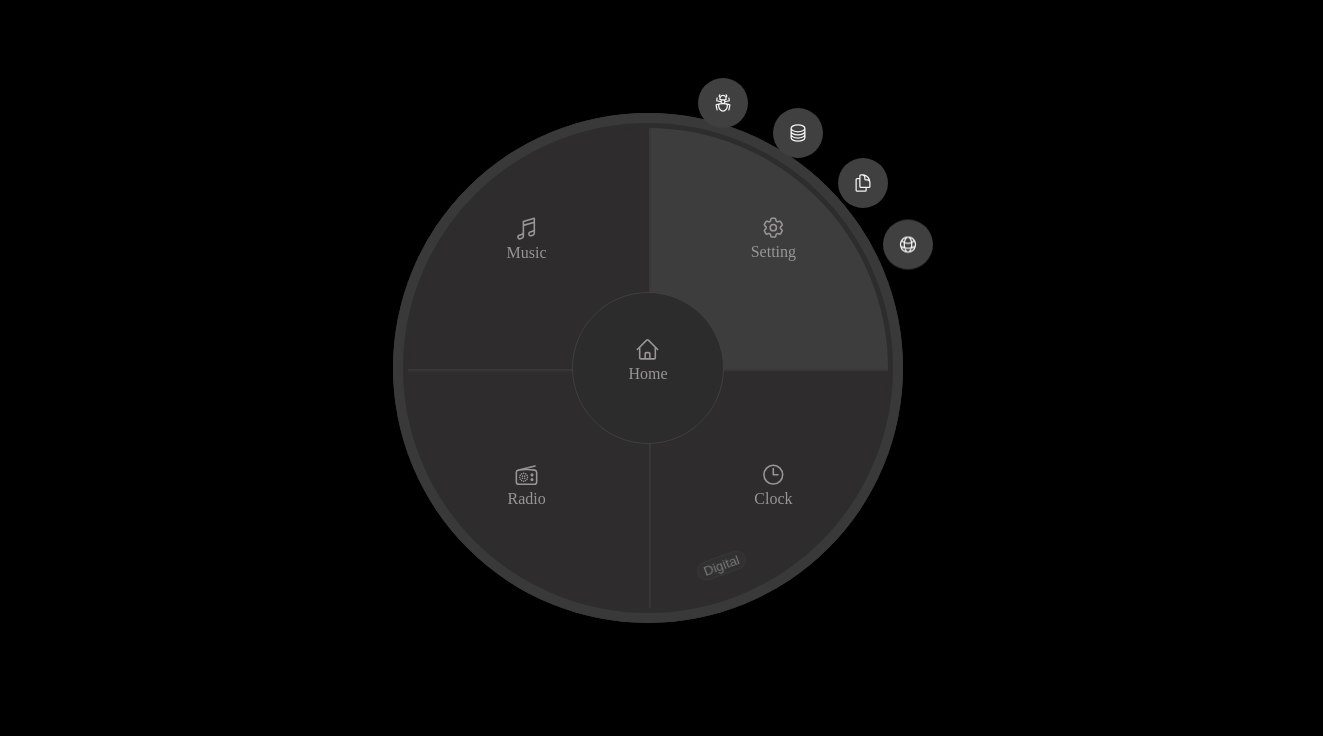
Repository: hsumyatm7308/Basecycle
Page: index.html
An editor plug-in stored every save of this project. The page is shown before and after the next save, followed by the edit.
The browser window is 1280 px wide. The page is 1323 px wide, so the pictures cover 1323 px, including what lies to the right of the window. The pictures show the whole page.
After loading, the first visible `div.right-top` was clicked once.

Above is the page before, as saved 2023-06-03 12:13:50.

### index.html
<!DOCTYPE html>
<html lang="en">

<head>

    <title>Circle control</title>
    <link rel="stylesheet" href="./style.css">
</head>

<body>
    <div class="ctn">

    <div class="container">

        <div class="container-left-top">

        </div>

        <div class="container-right-top">

        </div>

        <div class="container-right-bottom">

        </div>

        <div class="container-left-bottom">

        </div>



        <div class="second-container">



            <div class="left-top square " data-target=".container-left-top">
                <div class="textaligncenter">
                    <svg xmlns="http://www.w3.org/2000/svg" fill="none" viewBox="0 0 24 24" stroke-width="1.5"
                        stroke="currentColor" class="w-6 h-6 musicicon">
                        <path stroke-linecap="round" stroke-linejoin="round"
                            d="M9 9l10.5-3m0 6.553v3.75a2.25 2.25 0 01-1.632 2.163l-1.32.377a1.803 1.803 0 11-.99-3.467l2.31-.66a2.25 2.25 0 001.632-2.163zm0 0V2.25L9 5.25v10.303m0 0v3.75a2.25 2.25 0 01-1.632 2.163l-1.32.377a1.803 1.803 0 01-.99-3.467l2.31-.66A2.25 2.25 0 009 15.553z" />
                    </svg>

                    <p>Music</p>
                </div>
                <div class="cinmusic">

                </div>
            </div>

            <div class="right-top setting square " data-target=".container-right-top">
                <div class="textaligncenter">
                    <svg xmlns="http://www.w3.org/2000/svg" fill="none" viewBox="0 0 24 24" stroke-width="1.5"
                        stroke="currentColor" class="w-6 h-6 settingicon">
                        <path stroke-linecap="round" stroke-linejoin="round"
                            d="M9.594 3.94c.09-.542.56-.94 1.11-.94h2.593c.55 0 1.02.398 1.11.94l.213 1.281c.063.374.313.686.645.87.074.04.147.083.22.127.324.196.72.257 1.075.124l1.217-.456a1.125 1.125 0 011.37.49l1.296 2.247a1.125 1.125 0 01-.26 1.431l-1.003.827c-.293.24-.438.613-.431.992a6.759 6.759 0 010 .255c-.007.378.138.75.43.99l1.005.828c.424.35.534.954.26 1.43l-1.298 2.247a1.125 1.125 0 01-1.369.491l-1.217-.456c-.355-.133-.75-.072-1.076.124a6.57 6.57 0 01-.22.128c-.331.183-.581.495-.644.869l-.213 1.28c-.09.543-.56.941-1.11.941h-2.594c-.55 0-1.02-.398-1.11-.94l-.213-1.281c-.062-.374-.312-.686-.644-.87a6.52 6.52 0 01-.22-.127c-.325-.196-.72-.257-1.076-.124l-1.217.456a1.125 1.125 0 01-1.369-.49l-1.297-2.247a1.125 1.125 0 01.26-1.431l1.004-.827c.292-.24.437-.613.43-.992a6.932 6.932 0 010-.255c.007-.378-.138-.75-.43-.99l-1.004-.828a1.125 1.125 0 01-.26-1.43l1.297-2.247a1.125 1.125 0 011.37-.491l1.216.456c.356.133.751.072 1.076-.124.072-.044.146-.087.22-.128.332-.183.582-.495.644-.869l.214-1.281z" />
                        <path stroke-linecap="round" stroke-linejoin="round" d="M15 12a3 3 0 11-6 0 3 3 0 016 0z" />
                    </svg>
                    <p>Setting</p>
                </div>


            </div>

            <div class="right-bottom square clockbtn" data-target=".container-right-bottom">
                <div class="textaligncenter">
                    <svg xmlns="http://www.w3.org/2000/svg" fill="none" viewBox="0 0 24 24" stroke-width="1.5"
                        stroke="currentColor" class="w-6 h-6 clockicon">
                        <path stroke-linecap="round" stroke-linejoin="round"
                            d="M12 6v6h4.5m4.5 0a9 9 0 11-18 0 9 9 0 0118 0z" />
                    </svg>
                    <p>Clock</p>




                </div>

                <div class="cls">



                </div>

            </div>

            <div class="left-bottom square " data-target=".container-left-bottom">
                <div class="textaligncenter">
                    <svg xmlns="http://www.w3.org/2000/svg" fill="none" viewBox="0 0 24 24" stroke-width="1.5"
                        stroke="currentColor" class="w-6 h-6 radioicon">
                        <path stroke-linecap="round" stroke-linejoin="round"
                            d="M3.75 7.5l16.5-4.125M12 6.75c-2.708 0-5.363.224-7.948.655C2.999 7.58 2.25 8.507 2.25 9.574v9.176A2.25 2.25 0 004.5 21h15a2.25 2.25 0 002.25-2.25V9.574c0-1.067-.75-1.994-1.802-2.169A48.329 48.329 0 0012 6.75zm-1.683 6.443l-.005.005-.006-.005.006-.005.005.005zm-.005 2.127l-.005-.006.005-.005.005.005-.005.005zm-2.116-.006l-.005.006-.006-.006.005-.005.006.005zm-.005-2.116l-.006-.005.006-.005.005.005-.005.005zM9.255 10.5v.008h-.008V10.5h.008zm3.249 1.88l-.007.004-.003-.007.006-.003.004.006zm-1.38 5.126l-.003-.006.006-.004.004.007-.006.003zm.007-6.501l-.003.006-.007-.003.004-.007.006.004zm1.37 5.129l-.007-.004.004-.006.006.003-.004.007zm.504-1.877h-.008v-.007h.008v.007zM9.255 18v.008h-.008V18h.008zm-3.246-1.87l-.007.004L6 16.127l.006-.003.004.006zm1.366-5.119l-.004-.006.006-.004.004.007-.006.003zM7.38 17.5l-.003.006-.007-.003.004-.007.006.004zm-1.376-5.116L6 12.38l.003-.007.007.004-.004.007zm-.5 1.873h-.008v-.007h.008v.007zM17.25 12.75a.75.75 0 110-1.5.75.75 0 010 1.5zm0 4.5a.75.75 0 110-1.5.75.75 0 010 1.5z" />
                    </svg>
                    <p>Radio</p>
                </div>

                <div class=" cinradio">

                </div>
            </div>



        </div>


        <div class="center">
            <div class="textaligncenter">
                <svg xmlns="http://www.w3.org/2000/svg" fill="none" viewBox="0 0 24 24" stroke-width="1.5"
                    stroke="currentColor" class="w-6 h-6 homeicon">
                    <path stroke-linecap="round" stroke-linejoin="round"
                        d="M2.25 12l8.954-8.955c.44-.439 1.152-.439 1.591 0L21.75 12M4.5 9.75v10.125c0 .621.504 1.125 1.125 1.125H9.75v-4.875c0-.621.504-1.125 1.125-1.125h2.25c.621 0 1.125.504 1.125 1.125V21h4.125c.621 0 1.125-.504 1.125-1.125V9.75M8.25 21h8.25" />
                </svg>
                <p class="select">Home</p>
            </div>

        </div>

    </div>



    <div class="settingsection">
        <div class="settiong-items ">
            <svg xmlns="http://www.w3.org/2000/svg" fill="none" viewBox="0 0 24 24" stroke-width="1.5"
                stroke="currentColor" class="w-6 h-6" width="20px">
                <path stroke-linecap="round" stroke-linejoin="round"
                    d="M12 12.75c1.148 0 2.278.08 3.383.237 1.037.146 1.866.966 1.866 2.013 0 3.728-2.35 6.75-5.25 6.75S6.75 18.728 6.75 15c0-1.046.83-1.867 1.866-2.013A24.204 24.204 0 0112 12.75zm0 0c2.883 0 5.647.508 8.207 1.44a23.91 23.91 0 01-1.152 6.06M12 12.75c-2.883 0-5.647.508-8.208 1.44.125 2.104.52 4.136 1.153 6.06M12 12.75a2.25 2.25 0 002.248-2.354M12 12.75a2.25 2.25 0 01-2.248-2.354M12 8.25c.995 0 1.971-.08 2.922-.236.403-.066.74-.358.795-.762a3.778 3.778 0 00-.399-2.25M12 8.25c-.995 0-1.97-.08-2.922-.236-.402-.066-.74-.358-.795-.762a3.734 3.734 0 01.4-2.253M12 8.25a2.25 2.25 0 00-2.248 2.146M12 8.25a2.25 2.25 0 012.248 2.146M8.683 5a6.032 6.032 0 01-1.155-1.002c.07-.63.27-1.222.574-1.747m.581 2.749A3.75 3.75 0 0115.318 5m0 0c.427-.283.815-.62 1.155-.999a4.471 4.471 0 00-.575-1.752M4.921 6a24.048 24.048 0 00-.392 3.314c1.668.546 3.416.914 5.223 1.082M19.08 6c.205 1.08.337 2.187.392 3.314a23.882 23.882 0 01-5.223 1.082" />
            </svg>

        </div>

        <div class="settiong-items ">
            <svg xmlns="http://www.w3.org/2000/svg" fill="none" viewBox="0 0 24 24" stroke-width="1.5"
                stroke="currentColor" class="w-6 h-6" width="20px">
                <path stroke-linecap="round" stroke-linejoin="round"
                    d="M20.25 6.375c0 2.278-3.694 4.125-8.25 4.125S3.75 8.653 3.75 6.375m16.5 0c0-2.278-3.694-4.125-8.25-4.125S3.75 4.097 3.75 6.375m16.5 0v11.25c0 2.278-3.694 4.125-8.25 4.125s-8.25-1.847-8.25-4.125V6.375m16.5 0v3.75m-16.5-3.75v3.75m16.5 0v3.75C20.25 16.153 16.556 18 12 18s-8.25-1.847-8.25-4.125v-3.75m16.5 0c0 2.278-3.694 4.125-8.25 4.125s-8.25-1.847-8.25-4.125" />
            </svg>


        </div>

        <div class="settiong-items ">
            <svg xmlns="http://www.w3.org/2000/svg" fill="none" viewBox="0 0 24 24" stroke-width="1.5"
                stroke="currentColor" class="w-6 h-6" width="20px">
                <path stroke-linecap="round" stroke-linejoin="round"
                    d="M15.75 17.25v3.375c0 .621-.504 1.125-1.125 1.125h-9.75a1.125 1.125 0 01-1.125-1.125V7.875c0-.621.504-1.125 1.125-1.125H6.75a9.06 9.06 0 011.5.124m7.5 10.376h3.375c.621 0 1.125-.504 1.125-1.125V11.25c0-4.46-3.243-8.161-7.5-8.876a9.06 9.06 0 00-1.5-.124H9.375c-.621 0-1.125.504-1.125 1.125v3.5m7.5 10.375H9.375a1.125 1.125 0 01-1.125-1.125v-9.25m12 6.625v-1.875a3.375 3.375 0 00-3.375-3.375h-1.5a1.125 1.125 0 01-1.125-1.125v-1.5a3.375 3.375 0 00-3.375-3.375H9.75" />
            </svg>


        </div>

        <div class="settiong-items ">
            <svg xmlns="http://www.w3.org/2000/svg" fill="none" viewBox="0 0 24 24" stroke-width="1.5"
                stroke="currentColor" class="w-6 h-6" width="20px">
                <path stroke-linecap="round" stroke-linejoin="round"
                    d="M12 21a9.004 9.004 0 008.716-6.747M12 21a9.004 9.004 0 01-8.716-6.747M12 21c2.485 0 4.5-4.03 4.5-9S14.485 3 12 3m0 18c-2.485 0-4.5-4.03-4.5-9S9.515 3 12 3m0 0a8.997 8.997 0 017.843 4.582M12 3a8.997 8.997 0 00-7.843 4.582m15.686 0A11.953 11.953 0 0112 10.5c-2.998 0-5.74-1.1-7.843-2.918m15.686 0A8.959 8.959 0 0121 12c0 .778-.099 1.533-.284 2.253m0 0A17.919 17.919 0 0112 16.5c-3.162 0-6.133-.815-8.716-2.247m0 0A9.015 9.015 0 013 12c0-1.605.42-3.113 1.157-4.418" />
            </svg>


        </div>
    </div>


    <div class="clock-items">
        <button id="digital" class="btn digital">Digital</button>
    </div>

    <div class="clockhands ">
        <div class="minute"></div>
        <div class="centerdot"></div>
        <div class="hour" id="hour"></div>
    </div>

    <div class="digitalcontainer">
         <div class="digital-square"></div>
         <div class="digital-circleone"></div>

         <div class="line1">
            <div class="littledot"></div>
         </div>
         <h1 id="hr" class="digtime">12 <span>hr</span></h1>



         <div class="line2">
            <div class="littledot"></div>
         </div>
         <h1 id="mi" class="digtime">55 <span>min</span></h1>

         <div class="line3">
            <div class="littledot"></div>
         </div>
         <h1 id="se" class="digtime">20 <span>sec</span></h1>


         <div id="dgid1" class="digiani1 "></div>
         <div id="dgid2" class="digiani2 "></div>
    </div>



</div>
    <script src="../jq/jquery-3.7.0.min.js"></script>
    <script src="./script.js"></script>
</body>

</html>

### script.js







$(document).ready(function () {





    $('.square').mouseover(function () {
        var target = $(this).data('target');
        $(target).css('background', '#989696');
        $(target).css('transition', '.5s');

    });

    $('.square').mouseleave(function () {
        var target = $(this).data('target');
        $(target).css('background', '#3a3939');
        $(target).css('transition', '.5s');

    });

    $('.setting').click(function(){
        $('.settingsection').css('visibility','visible');
        $('.settiong-items').addClass('settingani');
        $('.right-top').css('background','#3d3d3d');
        $('.right-top').mouseleave(function(){
            $('.container-right-top').css('background','#514f4f')
        });


    })



    $('.center').click(function(){
        window.location.reload();
    })





    function clock(){

        var minute = document.querySelector('.minute');
        var hour = document.getElementById('hour');

        var getdate = new Date();
        var gethour = getdate.getHours();
        var getmin = getdate.getMinutes();
        var getsec = getdate.getSeconds();
       var getmils = getdate.getMilliseconds();

        var gettime = gethour * 3600 + getmin * 60 + getsec * 1 + getmils/1000;
        // console.log(gettime);

        let hours = gettime/60/12 * 6;
        let minutes = gettime/60 * 6;


        $(hour).css('transform',`rotate(${hours}deg)`);
        $(minute).css('transform',`rotate(${minutes}deg)`);


        // console.log(hrvalue%6)

        let hrs = gethour%12;

       var hrvalue = hrs.toString().padStart(2,'0');
        var minvalue = getmin.toString().padStart(2,'0');
        var secvalue = getsec.toString().padStart(2,'0');

        $('#hr').html(`<h1>${hrvalue} <span>hr</span></h1>`);
        $('#mi').html(`<h1>${minvalue} <span>min</span></h1>`);
        $('#se').html(`<h1>${secvalue} <span>sec</span></h1>`);

    }

    clock();

    setInterval(clock,1000);



    $('.clockbtn').click(function(){
        $('.cls').addClass('clocksection');
        $('.cinradio').addClass('clocksectioninradio');
        $('.cinmusic').addClass('clocksectioninmusic');
        $('.center').addClass('centerhomeani');
        $('.clockhands').css('visibility','visible');
        $('.clockhands').addClass('clhandani');


        $('.settingsection').css('visibility','hidden');
        $('.right-top').css('background','#2e2c2c');
        $('.container-right-top').css('background','#3a3939')

    });









});










var digitalid = document.getElementById('digital');
var dgidone = document.getElementById('dgid1');
var dgidtwo = document.getElementById('dgid2');
// console.log(digital.length)




digitalid.addEventListener('click',function(){



  dgidone.classList.toggle('dgani1p1');
  dgidtwo.classList.toggle('dgani2p1');
  $('.settingsection').css('visibility','hidden');


  clockreversefun();


})


function clockreversefun(){
    digitalid.addEventListener('click',function(){
        dgidone.classList.toggle('dganireverse1');
        dgidtwo.classList.toggle('dganireverse2');

       digitalid.addEventListener('click',function(){
        window.location.reload();
       })



    });
}

Loaded but not shown: jq/jquery-3.7.0.min.js (library); style.css (730 lines, source omitted)

After the next save:
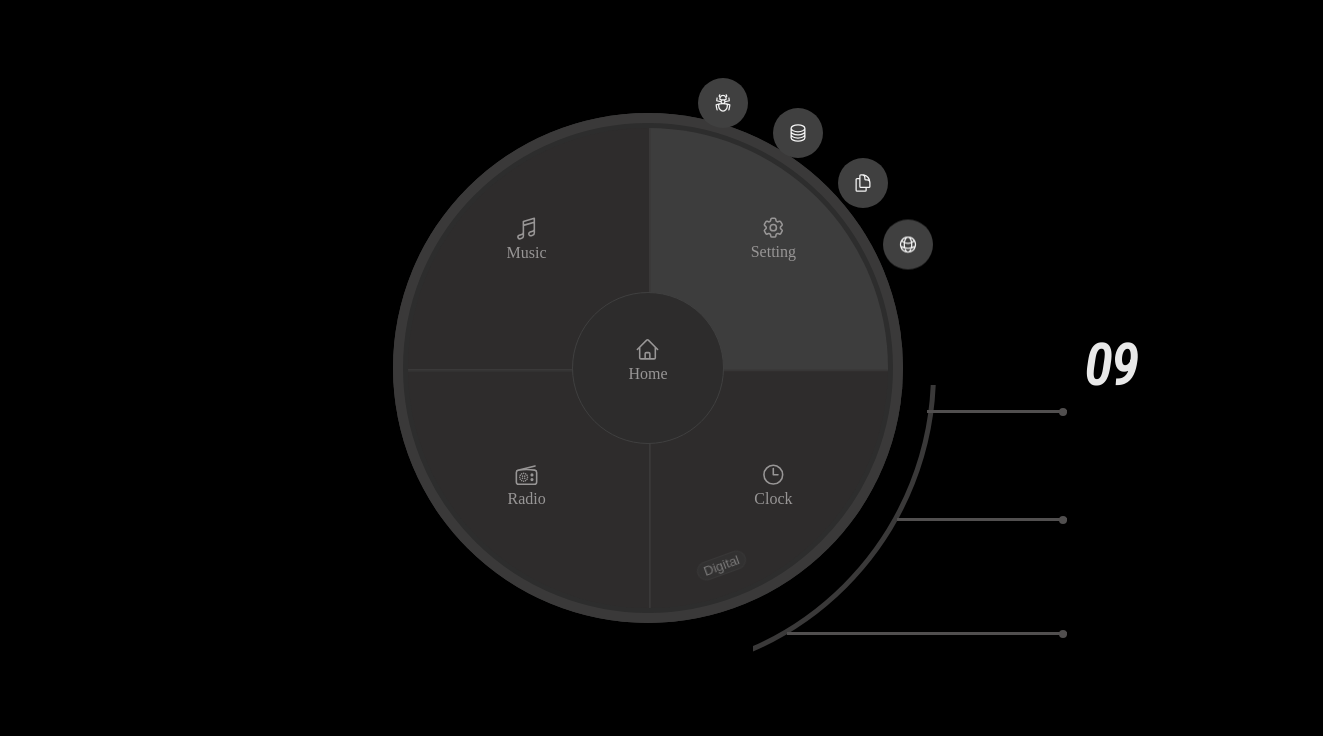
Saved 39 s later.
--- a/script.js
+++ b/script.js
@@ -33,7 +33,8 @@
             $('.container-right-top').css('background','#514f4f')
         });
 
-
+        dgidone.classList.toggle('dganireverse1');
+        dgidtwo.classList.toggle('dganireverse2');
     })
 
 

After the save that followed:
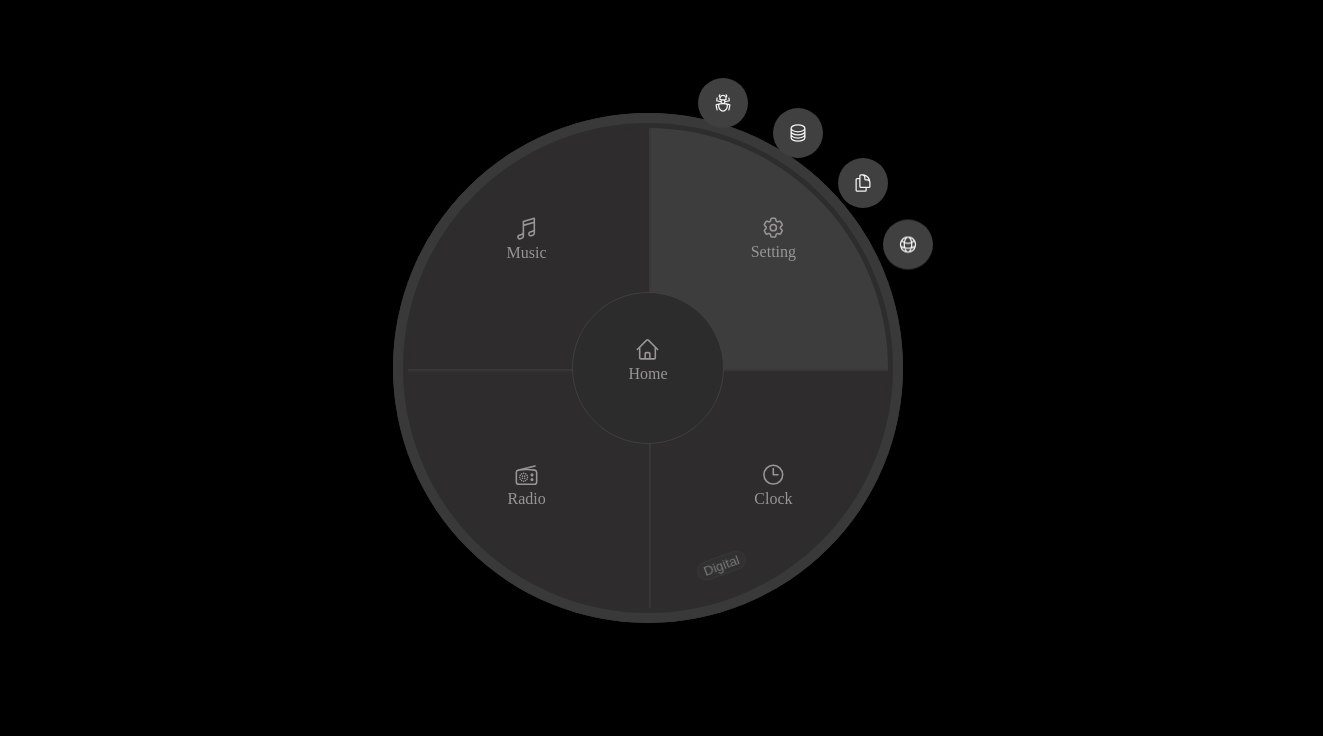
Saved 7 s later.
--- a/script.js
+++ b/script.js
@@ -33,8 +33,8 @@
             $('.container-right-top').css('background','#514f4f')
         });
 
-        dgidone.classList.toggle('dganireverse1');
-        dgidtwo.classList.toggle('dganireverse2');
+        dgidone.classList.remove('dganireverse1');
+        dgidtwo.classList.remove('dganireverse2');
     })
 
 
